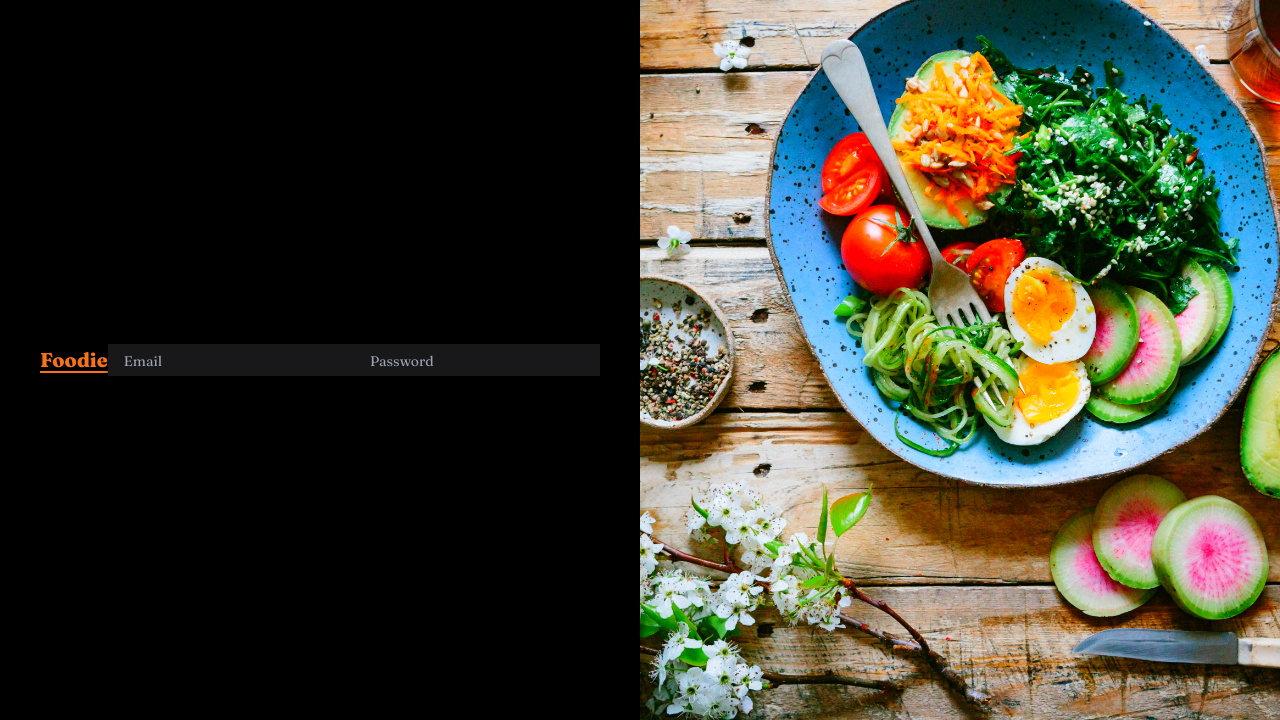
Repository: chandra11148/Foodie
Page: / (app in Frontend/)
An editor plug-in stored every save of this project. The page is shown before and after the next save, followed by the edit.
The browser window is 1280 px wide. The pictures show the whole page.
The project was rebuilt for these pictures with package versions that can differ from the ones it lists, and the page was loaded fresh each time. Also part of the build but not shown: Frontend/vite.config.ts.

Above is the page before, as saved 2024-02-25 11:27:17.

### Frontend/index.html
<!doctype html>
<html lang="en">
  <head>
    <meta charset="UTF-8" />
    <link rel="icon" type="image/svg+xml" href="/vite.svg" />
    <meta name="viewport" content="width=device-width, initial-scale=1.0" />
    <title>Foodie</title>
  </head>
  <body>
    <div id="root"></div>
    <script type="module" src="/src/main.tsx"></script>
  </body>
</html>

### Frontend/src/App.tsx
import { Suspense, useState } from "react";
import { createBrowserRouter, RouterProvider } from "react-router-dom";
import { Landing } from "./pages/Landing";

function App() {
  const router = createBrowserRouter([
    {
      path: "/",
      element: <Landing/>,
      errorElement: <div>ErrorPage</div>,
    },
  ]);

  return (

      <div className="h-[100vh] w-[100vw]">
        <Suspense fallback={<div>Loading</div>}>
          <RouterProvider
            router={router}
            fallbackElement={<div>Fallback Element</div>}
          />
        </Suspense>
      </div>
  );
}

export default App;

### Frontend/src/index.css
@import url('https://fonts.googleapis.com/css2?family=Fraunces:ital,opsz,wght@0,9..144,100..900;1,9..144,100..900&display=swap');

@tailwind base;
@tailwind components;
@tailwind utilities;

body{
    padding: 0;
    margin: 0;
}
#root{
    padding: 0;
    margin: 0;
}

### Frontend/src/pages/Landing/index.tsx
import { FormEvent } from "react";
import recipeOne from "../../assets/recipe-one.jpg";
import { Form, Input } from "../../components";

export const Landing = () => {
    const handleSubmit = (e: FormEvent<HTMLFormElement>) =>{

    }
    const handleState = (e: FormEvent<HTMLFormElement>)=>{

    }
  return (
    <div className="bg-black text-white h-[100%] flex flex-col-reverse md:flex-row w-full">
      <div className="w-full h-full">
        <Form
            className="flex items-center justify-center w-full h-full p-10"
            onSubmit={handleSubmit}
        >
            <h2 className="text-orange-500 font-extrabold text-xl underline underline-offset-4 ">
                Foodie
            </h2>
           <Input
                name="email"
                placeholder="Email"
                handleChange={handleState}
                type="text"
                className={`bg-zinc-900 py-1 px-4 w-full shadow-xl  placeholder:text-sm hover:bg-zinc-800 cursor-pointer focus:outline-none`}
          />

           <Input
            name="password"
            placeholder="Password"
            handleChange={handleState}
            type="password"
            className={`bg-zinc-900 py-1 px-4 w-full placeholder:text-sm hover:bg-zinc-800 cursor-pointer focus:outline-none`}
          />
        </Form>
      </div>
      <div className="w-full h-full saturate-200">
        <img
          src={recipeOne}
          alt="A dish with food recipes"
          className="w-full h-full object-center object-cover"
        />
      </div>
    </div>
  );
};

### Frontend/src/components/index.tsx
import { Form } from './form';
import { Input } from './input';
import { Button } from './button';

export { Button, Input, Form };

### Frontend/src/components/form.tsx
import { FormEvent, ReactNode } from "react";

export const Form = ({
  onSubmit,
  children,
  className,
}: {
  onSubmit: (e: FormEvent<HTMLFormElement>) => void;
  children: ReactNode;
  className?: string;
}) => {
  return (
    <form onSubmit={onSubmit} className={`${className}`}>
      {children}
    </form>
  );
};

### Frontend/src/components/input.tsx
import { FormEvent } from "react";

export const Input = ({ type, placeholder, handleChange, className, ...rest }:{
    type: string;
    placeholder: string;
    handleChange: (e: FormEvent<HTMLInputElement>) => void;
    className: string;
    [key: string]: unknown;
}) =>  {
    return (
        <input {...rest}
            type={type}
            placeholder={placeholder}
            onChange={handleChange}
            className={`${className}`}
        />
    );
}

### Frontend/tailwind.config.js
/** @type {import('tailwindcss').Config} */
export default {
  content: [
    "./index.html",
    "./src/**/*.{js,ts,jsx,tsx}",
  ],
  theme: {
    extend: {
      screens: {
        'sm': '640px',
        // => @media (min-width: 640px) { ... }

        'md': '768px',
        // => @media (min-width: 768px) { ... }

        'lg': '1024px',
        // => @media (min-width: 1024px) { ... }

        'xl': '1280px',
        // => @media (min-width: 1280px) { ... }

        '2xl': '1536px',
        // => @media (min-width: 1536px) { ... }
      },
      fontFamily: {
        sans: ["Fraunces","serif"],
      }
    },
  },
  plugins: [],
}

### Frontend/src/components/button.tsx
export const Button = ({title,handleClick,type,className,...rest}:{
    title: string;
    handleClick?: () => void;
    className: string;
    type?: "button" | "submit" | "reset";
    [key: string]: unknown;
}) => {
    return (
        <button {...rest}
            onClick={handleClick}
            type={type ? type:"button"}
            className={`${className}`}
        >
            {title}
        </button>
    )
}

Loaded but not shown: Frontend/src/main.tsx (common file)

After the next save:
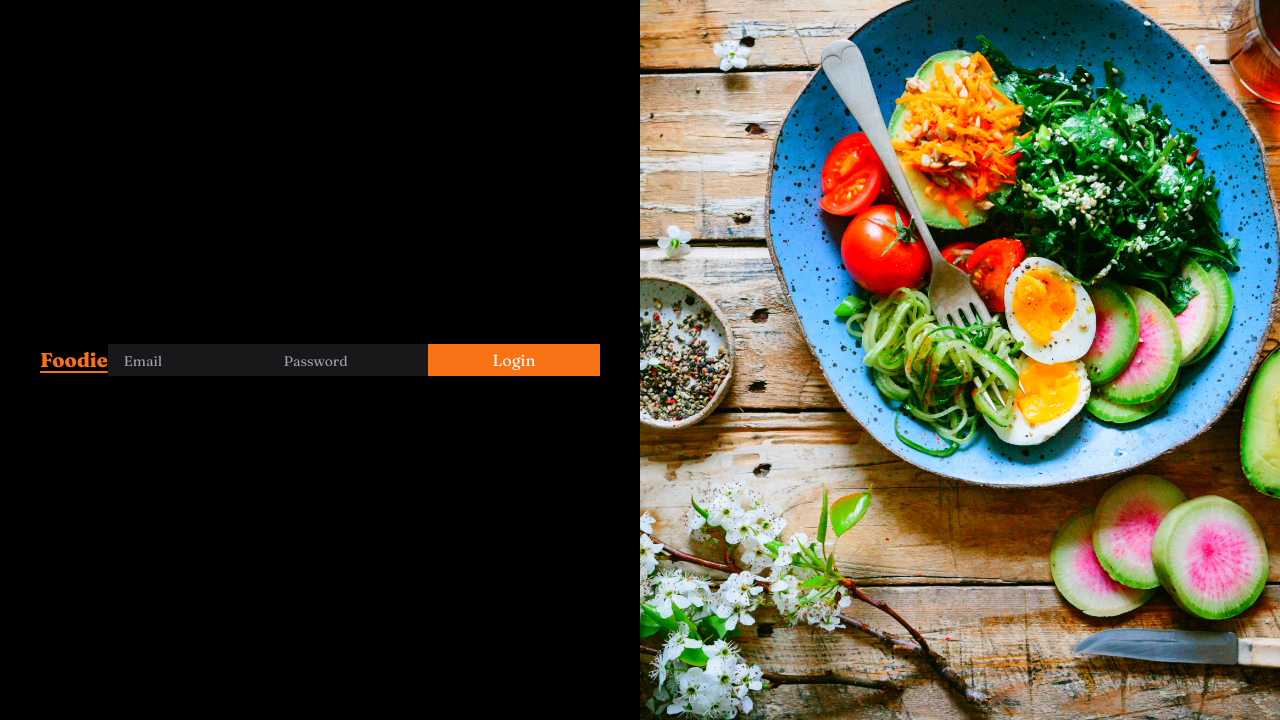
Saved 2 min 12 s later.
--- a/Frontend/src/pages/Landing/index.tsx
+++ b/Frontend/src/pages/Landing/index.tsx
@@ -1,6 +1,6 @@
 import { FormEvent } from "react";
 import recipeOne from "../../assets/recipe-one.jpg";
-import { Form, Input } from "../../components";
+import { Form, Input, Button } from "../../components";
 
 export const Landing = () => {
     const handleSubmit = (e: FormEvent<HTMLFormElement>) =>{
@@ -34,6 +34,11 @@ export const Landing = () => {
             type="password"
             className={`bg-zinc-900 py-1 px-4 w-full placeholder:text-sm hover:bg-zinc-800 cursor-pointer focus:outline-none`}
           />
+          <Button
+              title={"Login"}
+              className={`bg-orange-500 text-white hover:bg-orange-600 py-1 px-6 w-full `}
+              type="submit"
+            />
         </Form>
       </div>
       <div className="w-full h-full saturate-200">
